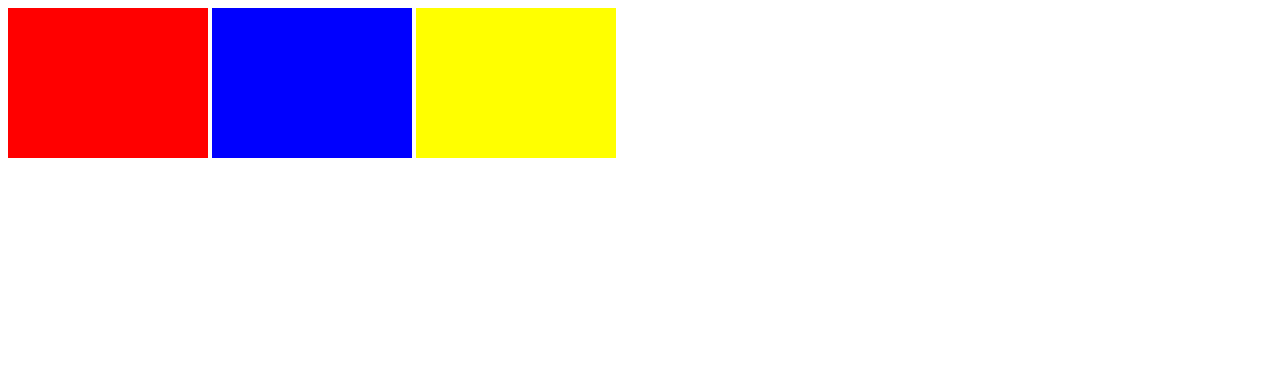
Repository: seikoseiko/samurai_HTML-CSS
Page: shukudai/shukudai9.html
The author's editor kept a record of every edit. The page is drawn from the files as they stood at one moment, then again after the next edit.
The browser window is 1280 px wide. The pictures show the whole page.

Above is the page before.

### shukudai/shukudai9.html
<!DOCTYPE html>
<html lang="ja">
    <head>
      <meta charset="utf-8">
      <title>5章宿題</title>
      <style>

        .redbox1{
          height:150px;
          width:200px;
          background-color: red;
          display: inline-block;
        }
        .bluebox1{
          height:150px;
          width:200px;
          background-color: blue;
          display: inline-block;
        }
        .yellowbox1{
          height:150px;
          width:200px;
          background-color: yellow;
          display: inline-block;
        }


      </style>
    </head>
    <body>
    <!-- 縦150px 幅200pxで、背景色が、赤、青、黄色(yellow)のボックスを3つ作ります。->
　　<!-- display: inline-blocksを使って3つのボックスを横に並べてみましょう-->
    <!-- Floatをつかって3つのボックスを横に並べてみましょう。-->

       <div class="ft">
         <div class="redbox1">
         </div>
         <div class="bluebox1">
         </div>
         <div class="yellowbox1">
         </div>
       </div>
<br>

   <div class="redbox">
   </div>
   <div class="bluebox">
   </div>
   <div class="yellowbox">
   </div>


    </body>
</html>

After the next edit:
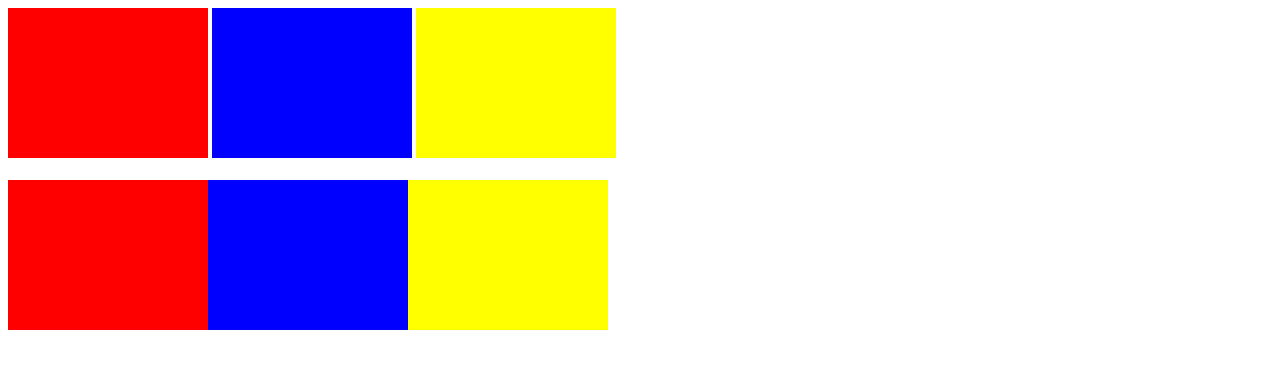
The edit:
--- a/shukudai/shukudai9.html
+++ b/shukudai/shukudai9.html
@@ -24,6 +24,25 @@
           display: inline-block;
         }
 
+
+        .redbox{
+          height:150px;
+          width:200px;
+          background-color: red;
+           float: left;
+        }
+        .bluebox{
+          height:150px;
+          width:200px;
+          background-color: blue;
+          float: left;
+        }
+        .yellowbox{
+          height:150px;
+          width:200px;
+          background-color: yellow;
+          float: left;
+        }
 
       </style>
     </head>
